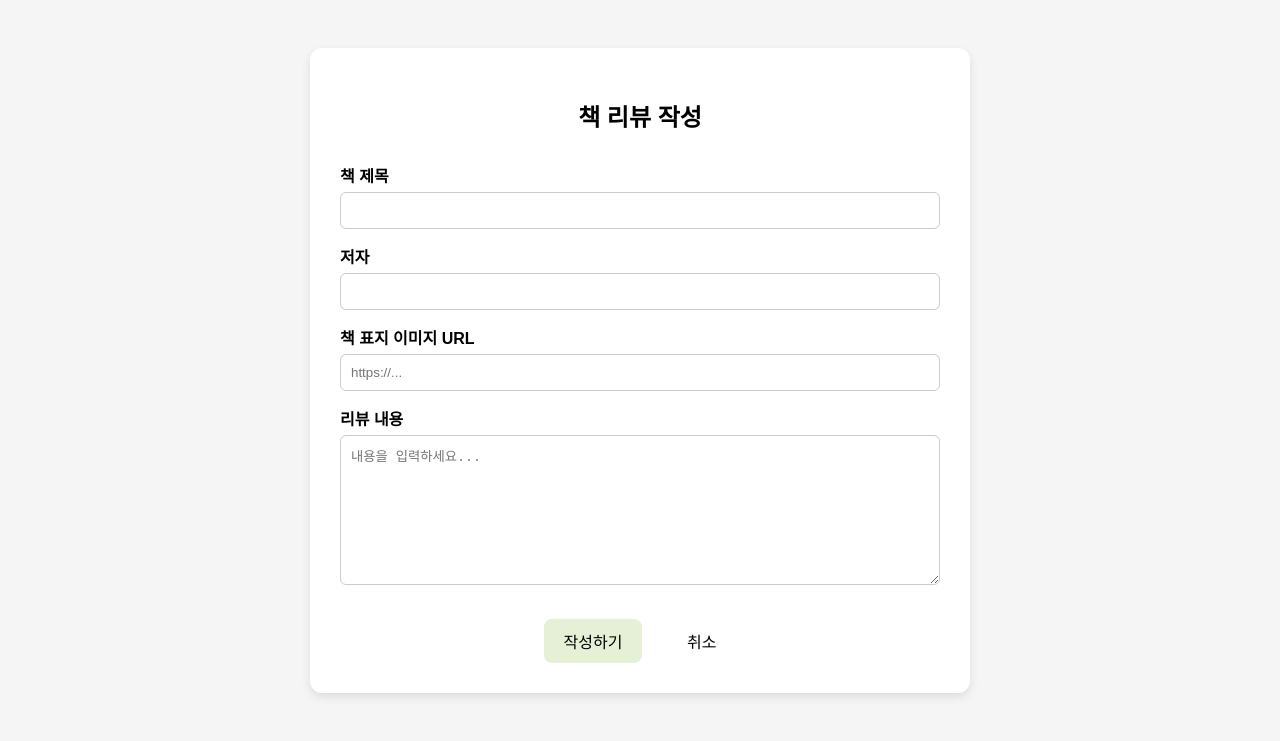
Repository: book-recommendation-team/book_recommendation_web_project
Page: http://localhost/2025_teamproject/reviewForm.jsp
The author's editor kept a copy of each file at every save. The page is drawn from the files as they stood at one save, then again after the next save.
The browser window is 1280 px wide. The pictures show the whole page.
The page is served by Tomcat 9. Other server files are loaded and not shown.

Above is the page before, as saved 2025-07-01 05:31:21.

### 2025_teamproject/src/main/webapp/reviewForm.jsp
<%@ page contentType="text/html; charset=UTF-8" language="java" %>
<!DOCTYPE html>
<html>
<head>
	<title>리뷰 작성</title>
	<style>
		body {
			font-family: 'Noto Sans KR', sans-serif;
			background-color: #f5f5f5;
			padding: 40px;
		}
		.form-container {
			max-width: 600px;
			margin: 0 auto;
			background-color: #fff;
			padding: 30px;
			border-radius: 12px;
			box-shadow: 0 4px 10px rgba(0,0,0,0.1);
		}
		h2 {
			text-align: center;
			margin-bottom: 30px;
		}
		label {
			display: block;
			margin-top: 15px;
			font-weight: bold;
		}
		input[type="text"], textarea {
			width: 100%;
			padding: 10px;
			border: 1px solid #ccc;
			border-radius: 6px;
			margin-top: 5px;
			box-sizing: border-box;
		}
		textarea {
			height: 150px;
			resize: vertical;
		}
		.button-group {
			text-align: center;
			margin-top: 30px;
		}
		.button-group button {
			padding: 10px 20px;
			border: none;
			border-radius: 8px;
			font-size: 1rem;
			cursor: pointer;
			margin: 0 10px;
		}
		.button-submit {
			background-color: #e6f0d7;
			color: black;
		}
		.button-cancel {
			background-color: #fff;
			color: black;
		}
	</style>
</head>
<body>

<div class="form-container">
	<h2>책 리뷰 작성</h2>
	<form action="submitReview" method="post">
		<label for="title">책 제목</label>
		<input type="text" id="title" name="title" required />

		<label for="author">저자</label>
		<input type="text" id="author" name="author" required />

		<label for="coverImageUrl">책 표지 이미지 URL</label>
		<input type="text" id="coverImageUrl" name="coverImageUrl" placeholder="https://..." required />

		<label for="reviewText">리뷰 내용</label>
		<textarea id="reviewText" name="reviewText" placeholder="내용을 입력하세요..." required></textarea>

		<div class="button-group">
			<button type="submit" class="button-submit">작성하기</button>
			<button type="button" class="button-cancel" onclick="history.back()">취소</button>
		</div>
	</form>
</div>

</body>
</html>

After the next save:
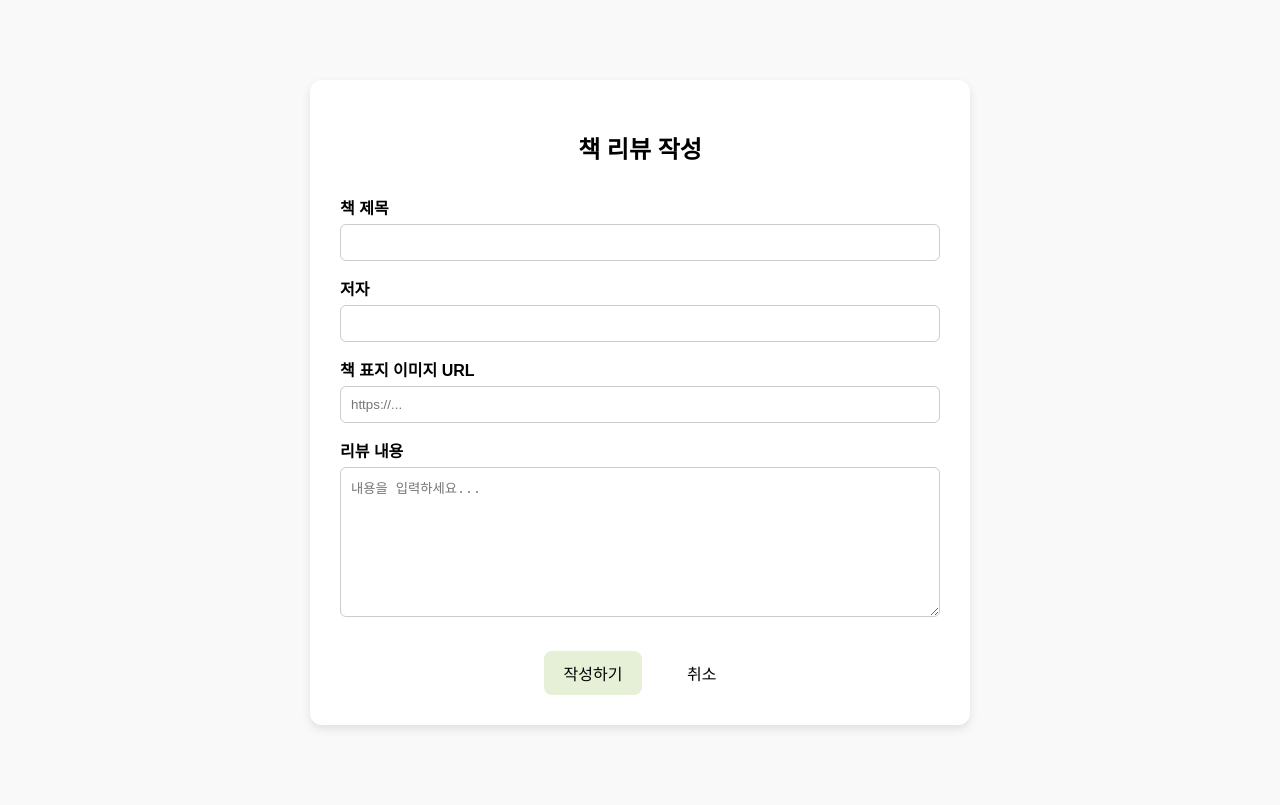
Saved 26 s later.
--- a/2025_teamproject/src/main/webapp/reviewForm.jsp
+++ b/2025_teamproject/src/main/webapp/reviewForm.jsp
@@ -6,7 +6,9 @@
 	<style>
 		body {
 			font-family: 'Noto Sans KR', sans-serif;
-			background-color: #f5f5f5;
+			margin: 40px auto;
+            max-width: 800px;
+			background-color: #f9f9f9;
 			padding: 40px;
 		}
 		.form-container {
